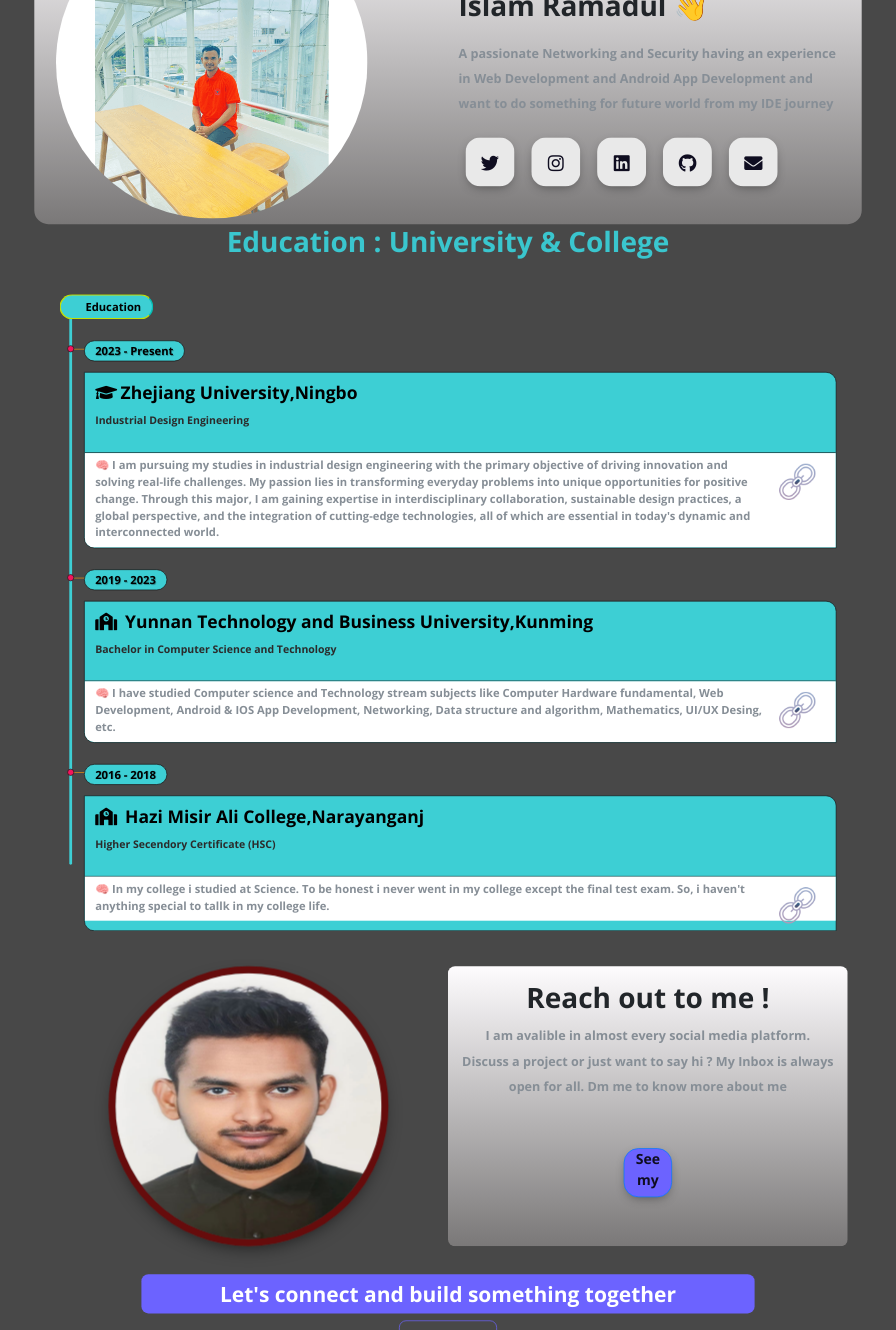
Repository: ramizraaz/ZjuProtfolio
Page: index.html
The author's editor kept a copy of each file at every save. The page is drawn from the files as they stood at one save, then again after the next save.
The browser window is 1280 px wide. The pictures show the part of the page from y = 286 to 2186 px (the page is 2715 px tall), at 70% of full size.
Some icons come from a web library that is not loaded, so they are not drawn. A picture or video elsewhere on the page could not be fetched, so the positions and the page height are approximate. Some web fonts or font styles are not loaded; a fallback is used. Some web libraries are served in a nearby version.

Above is the page before, as saved 2023-10-08 19:43:35.

### index.html
<!DOCTYPE html>
<html lang="en" dir="ltr">

<head>
    <meta charset="utf-8">
    <meta name="viewport" content="width=device-width,initial-scale=1">
    <title>宋伟's Profile | Personal website</title>
    <link rel="icon" href="Image/RR.png">
    <link rel="stylesheet" href="https://stackpath.bootstrapcdn.com/bootstrap/4.5.0/css/bootstrap.min.css" integrity="sha384-9aIt2nRpC12Uk9gS9baDl411NQApFmC26EwAOH8WgZl5MYYxFfc+NcPb1dKGj7Sk" crossorigin="anonymous">
    <link rel="stylesheet" href="style.css">
    <link href="https://fonts.googleapis.com/css2?family=Arizonia&family=Montserrat:wght@400;800&display=swap" rel="stylesheet">
    <link href="https://fonts.googleapis.com/css2?family=Open+Sans:wght@700&display=swap" rel="stylesheet">
    <link rel="stylesheet" href="https://use.fontawesome.com/releases/v5.4.1/css/all.css" />
    <link rel="stylesheet" href="https://cdnjs.cloudflare.com/ajax/libs/font-awesome/5.13.1/css/all.min.css">
    <script src="https://code.jquery.com/jquery-3.5.1.slim.min.js" integrity="sha384-DfXdz2htPH0lsSSs5nCTpuj/zy4C+OGpamoFVy38MVBnE+IbbVYUew+OrCXaRkfj" crossorigin="anonymous"></script>
    <script src="https://cdn.jsdelivr.net/npm/popper.js@1.16.0/dist/umd/popper.min.js" integrity="sha384-Q6E9RHvbIyZFJoft+2mJbHaEWldlvI9IOYy5n3zV9zzTtmI3UksdQRVvoxMfooAo" crossorigin="anonymous"></script>
    <script src="https://stackpath.bootstrapcdn.com/bootstrap/4.5.0/js/bootstrap.min.js" integrity="sha384-OgVRvuATP1z7JjHLkuOU7Xw704+h835Lr+6QL9UvYjZE3Ipu6Tp75j7Bh/kR0JKI" crossorigin="anonymous"></script>
</head>

<body class="container-fluid body_section">
    <header>
        <nav class="navbar navbar-expand-lg navbar-light ">
            <a class="navbar-brand brand-name" href="#">Ramiz Raaz | Solo Rider</a>
            <button class="navbar-toggler" type="button" data-toggle="collapse" data-target="#navbarSupportedContent" aria-controls="navbarSupportedContent" aria-expanded="false" aria-label="Toggle navigation">
                  <span class="navbar-toggler-icon"></span>
                </button>
            <div class="collapse navbar-collapse" id="navbarSupportedContent">
                <ul class="navbar-nav ml-auto">
                    <li class="nav-item">
                        <a class="nav-link headerachor" href="index.html">Home</a>
                    </li>

                    <li class="nav-item">
                        <a class="nav-link headerachor" href="#Education">Education</a>
                    </li>
                    <li class="nav-item">
                        <a class="nav-link headerachor" href="">Skills</a>
                    </li>
                    <li class="nav-item">
                        <a class="nav-link headerachor" href="">Projects</a>
                    </li>
                    <li class="nav-item">
                        <a class="nav-link headerachor" href="">Contact Me</a>
                    </li>
                </ul>
        </nav>
    </header>
    <!-- Intro Section -->
    <section id="Home">
        <div class="row column1">
            <div class="col-lg-6 col-md-6 first-image">
                <img class="boyimage" src="img/me.gif" alt="">
            </div>
            <div class="col-lg-6 section-1">
                <h1 class="Hello">Welcome stranger!&nbsp&nbspI'm Islam Ramadul <span class="wave">👋</span></h1>
                <p>A passionate Networking and Security having an experience in Web Development and Android App Development and want to do something for future world from my IDE journey</p>
                <div class=social_media_icon>
                    <a class="btn" href="https://twitter.com/ramiz_raaz" target=_blank>
                        <i class="fab fa-twitter"></i>
                    </a>
                    <a class="btn" href="https://www.instagram.com/ramiz_raaz/" target=_blank>
                        <i class="fab fa-instagram"></i>
                    </a>
                    <a class="btn" href="https://www.linkedin.com/" target=_blank>
                        <i class="fab fa-linkedin" aria-hidden="true"></i>
                    </a>
                    <a class="btn" href="https://github.com/ramizraaz" target=_blank>
                        <i class="fab fa-github"></i>
                    </a>
                    <a class="btn" href="mailto:romiz.romeo.raaz@gmail.com/" target=_blank>
                        <i class="fa fa-envelope"></i>
                    </a>
                </div>
            </div>
    </section>
    <!-- Education Section -->
    <section id="Education">
        <div class="container">
            <div class="Heading">
                <h1>Education : University & College</h1>
                <br>
            </div>
            <div class="timeline">
                <div class="timeline-month">
                    Education
                </div>
                <div class="timeline-section">
                    <div class="timeline-date">
                        2023 - Present
                    </div>
                    <div class="row">
                        <div class="col-lg">
                            <div class="timeline-box">
                                <div class="box-title">
                                    <i class="fas fa-graduation-cap" aria-hidden="true"></i>Zhejiang University,Ningbo
                                    <p class="degree">Industrial Design Engineering</p>
                                </div>
                                <div class="box-content">
                                    <a class="btn-sm  float-right" role="button" href="https://www.zju.edu.cn/english/" target=_blank><img src="img/BTN.png" alt="visit here"></a>
                                    <div class="box-item">🧠 I am pursuing my studies in industrial design engineering with the primary objective of driving innovation and solving real-life challenges. My passion lies in transforming everyday problems into unique opportunities
                                        for positive change. Through this major, I am gaining expertise in interdisciplinary collaboration, sustainable design practices, a global perspective, and the integration of cutting-edge technologies, all of which
                                        are essential in today's dynamic and interconnected world.</div>
                                </div>
                            </div>
                        </div>
                    </div>
                </div>

                <div class="timeline-section">
                    <div class="timeline-date">
                        2019 - 2023
                    </div>
                    <div class="row">
                        <div class="col-lg">
                            <div class="timeline-box">
                                <div class="box-title">
                                    <i class="fas fa-school" aria-hidden="true"></i> Yunnan Technology and Business University,Kunming
                                    <p class="degree">Bachelor in Computer Science and Technology</p>
                                </div>
                                <div class="box-content">
                                    <a class="btn-sm  float-right" role="button" href="https://www.ytbu.edu.cn/" target=_blank><img src="img/BTN.png" alt="visit here"></a>
                                    <div class="box-item ">🧠 I have studied Computer science and Technology stream subjects like Computer Hardware fundamental, Web Development, Android & IOS App Development, Networking, Data structure and algorithm, Mathematics, UI/UX Desing,
                                        etc.
                                    </div>

                                </div>
                            </div>
                        </div>
                    </div>
                </div>

                <div class="timeline-section ">
                    <div class="timeline-date ">
                        2016 - 2018
                    </div>
                    <div class="row ">
                        <div class="col-lg ">
                            <div class="timeline-box ">
                                <div class="box-title ">
                                    <i class="fas fa-school " aria-hidden="true "></i> Hazi Misir Ali College,Narayanganj
                                    <p class="degree "> Higher Secendory Certificate (HSC)</p>
                                </div>
                                <div class="box-content ">
                                    <a class="btn-sm float-right " role="button" href="http://hmuc.edu.bd/" target=_blank><img src="img/BTN.png" alt="visit here"></a>
                                    <div class="box-item ">🧠 In my college i studied at Science. To be honest i never went in my college except the final test exam. So, i haven't anything special to tallk in my college life.</div>
                                    <div class="box-item "><b>
                                </div>
                            </div>
                        </div>
                    </div>
                </div>
            </div>
        </div>
    </section>
<!-- Contact Section -->
<section id="contact">
    <div class="row first-section">
        <div class="col-lg-6 col-md-6">
            <img class = "Profilepic" src="img/me.jpg" alt="">
        </div>
        <div class="col-lg-6 col-md-6 context">
            <h1>Reach out to me !</h1>
            <p>I am avalible in almost every social media platform.<br>
                Discuss a project or just want to say hi ? My Inbox is always open for all. Dm me to know more about me</p>
            <ul class="ico">
                <li class="icon"><a href="https://github.com/JCjaiRN/" target=_blank><span class="iconify github" data-icon="ant-design:github-filled" data-inline="false"  data-width="50" data-height="50"></span></li></a>
                 <li class="icon"><a href="https://www.instagram.com/j_c_r_n/" target=_blank><span class="iconify instagram" data-icon="entypo-social:instagram-with-circle" data-inline="false" data-width="50" data-height="50"></span></li></a>
                 <li class="icon"><a href="https://www.linkedin.com/in/jayachandran-jc-8064a919b/" target=_blank><span class="iconify linkedin" data-icon="entypo-social:linkedin-with-circle" data-inline="false"  data-width="50" data-height="50"></span></li></a>
                <li class="icon"><a href="mailto:jcrn2k@gmail.com/" target=_blank><span class="iconify google" data-icon="ant-design:google-plus-circle-filled" data-inline="false" data-width="50" data-height="50"></span></li></a>
                </ul>
                <a href="JCRN  Resume.pdf" target=_blank><button type="button" class="btn btn-primary btn-lg Resume">See my Resume</button></a>
         </div>
    </div>
    </section>
<section>
    <div class="second-section">
        <h1 class="connect">Let's connect and build something together</h1>
        <a class="sayhello" href="#contact">Say Hello <span class="wave">👋</span></a>
        <div class="col-lg-6 connect-image">
        <img  class= "connection" src="Image/connection.svg" alt="">
    </div>
    </div>
</section>
    </form>
    <footer class=footer>All the copyrights reserve 2023 Zju,NB | Made by 宋伟</footer>
</body>

</html>

### style.css
body {
    font-family: 'Open Sans', sans-serif;
    margin: 0;
    background: #b1adad;
    animation: pulse 10s infinite;
}

@keyframes pulse {
    0% {
        background: #F2F2F2;
    }
    10% {
        background: #FFFFFF;
    }
    20% {
        background: #d6d6d6e2;
        ;
    }
    30% {
        background: #acacacd8;
    }
    40% {
        background: #6b6b6bcf;
    }
    50% {
        background: #484848;
    }
    60% {
        background: #292929c8;
    }
    70% {
        background: #2f2e2ebc;
    }
    80% {
        background: #242424bb;
    }
    90% {
        background: #1e1e1ef7;
    }
    100% {
        background: #a6a6a6;
    }
}

.body_section {
    padding: 3% 5% 1%;
}

p {
    font-size: 18px;
}

a {
    text-decoration: none;
}

@font-face {
    font-family: "Lovely Home";
    src: local('Lovely Home'), url("Image/LovelyHome-9aBZ.ttf") format('truetype');
}

.brand-name,
.navbar-light .navbar-brand {
    font-family: "Lovely Home";
    font-size: 50px;
    font-weight: bold;
    color: #d72525e4;
    text-shadow: 2px 2px 4px #e71f4a;
}

.headerachor {
    margin: 0 7px 0 7px;
    border-radius: 15px;
    font-size: 25px;
}

.headerachor:hover {
    background-color: #ffffff82;
}


/* Section 1 */

.column1 {
    background-image: linear-gradient(#fefcfe, #7a7878);
    padding: 8px 16px;
    border-radius: 20px;
}

.section-1 {
    margin-top: 6%;
    text-align: left;
    position: relative;
}

span.wave {
    animation-name: wave-animation;
    animation-duration: 2.5s;
    animation-iteration-count: infinite;
    transform-origin: 70% 70%;
    display: inline-block;
}

@keyframes wave-animation {
    0% {
        transform: rotate( 0.0deg)
    }
    10% {
        transform: rotate(-10.0deg)
    }
    20% {
        transform: rotate( 12.0deg)
    }
    30% {
        transform: rotate(-10.0deg)
    }
    40% {
        transform: rotate( 9.0deg)
    }
    50% {
        transform: rotate( 0.0deg)
    }
    100% {
        transform: rotate( 0.0deg)
    }
}

.boyimage {
    height: 445px;
    border-radius: 50%;
}

@media only screen and (max-width: 1183px) {
    .first-image {
        right: 160px;
    }
}

.Image-boy {
    text-align: center;
    align-items: center;
}

@media only screen and (min-width:951px) {
    .Image-boy {
        display: none;
    }
}

.Hello {
    margin-bottom: 20px;
}

p {
    line-height: 2;
    color: #d35d5d;
}

.btn {
    display: inline-block;
    width: 4.37rem;
    height: 4.37rem;
    background: #e9e9e9;
    padding: 0px 0px;
    margin: 10px;
    border-radius: 30%;
    box-shadow: 0 5px 15px -5px #00000070;
    color: #0f0d20;
    overflow: hidden;
    position: relative;
}

.btn i {
    line-height: 70px;
    font-size: 1.625rem;
    transition: 0.2s linear;
}

.btn:hover i {
    transform: scale(1.3);
    color: #f1f1f1;
}

.btn::before {
    content: "";
    position: absolute;
    width: 120%;
    height: 120%;
    background: #f37312;
    transform: rotate(45deg);
    left: -110%;
    top: 90%;
}

.btn:hover::before {
    animation: aaa 0.7s 1;
    top: -10%;
    left: -10%;
}

@media only screen and (max-width:470px) {
    .btn {
        width: 2.5rem;
        height: 2.5rem;
        margin: 7px;
    }
    .btn i {
        line-height: 40px;
        font-size: 1em;
    }
}


/* Education CSS */

.Heading {
    text-align: center;
    color: #3ac6ce;
}

.timeline {
    margin-top: 20px;
    position: relative;
}

.timeline:before {
    position: absolute;
    content: '';
    width: 4px;
    height: calc(100% - 100px);
    background: #3dcfd4;
    left: 14px;
    top: 5px;
    border-radius: 4px;
}

.timeline-month {
    color: black;
    position: relative;
    padding: 4px 15px 4px 35px;
    background-color: #3dcfd4;
    display: inline-block;
    width: auto;
    border-radius: 40px;
    border: 2px solid #c3e006;
    border-right-color: rgb(6, 193, 183);
    margin-bottom: 30px;
}

.timeline-section {
    padding-left: 35px;
    display: block;
    position: relative;
    margin-bottom: 30px;
}

.timeline-date {
    margin-bottom: 15px;
    padding: 2px 15px;
    background: #3dcfd4;
    position: relative;
    display: inline-block;
    border-radius: 20px;
    border: 1px solid #1b1717;
    color: black;
    text-shadow: 1px 1px 1px rgba(0, 0, 0, 0.3);
}

.timeline-section:before {
    content: '';
    position: absolute;
    width: 30px;
    height: 1px;
    background-color: #e89014;
    top: 12px;
    left: 20px;
}

.timeline-section:after {
    content: '';
    position: absolute;
    width: 10px;
    height: 10px;
    background: #f3155b;
    top: 7px;
    left: 11px;
    border: 1px solid #17191B;
    border-radius: 100%;
}

.timeline-box {
    position: relative;
    color: black;
    background-color: #3dcfd4;
    border-radius: 15px;
    border-top-left-radius: 0px;
    border-bottom-right-radius: 0px;
    border: 1px solid #17191B;
    transition: all 0.3s ease;
    overflow: hidden;
}

.box-icon {
    position: absolute;
    right: 5px;
    top: 0px;
}

.box-title {
    padding: 10px 15px;
    font-size: 25px;
    border-bottom: 1px solid #17191B;
}

.degree {
    font-size: 15px;
    color: #2b2b2b;
}

.box-title i {
    margin-right: 5px;
}

.box-content {
    padding: 5px 15px;
    background-color: white;
}

.box-item {
    margin-bottom: 5px;
    color: #868e96;
    font-weight: 400;
}

.certificate {
    padding-top: 20px;
}

.certificate-text {
    text-align: center;
}

.box-shadow {
    box-shadow: 5px 5px 5px #d9dbdf;
}


/* Contact style */

#contact {
    padding: 20px 20px 10px;
}

.first-section {
    text-align: center;
}

.Profilepic {
    border-radius: 100%;
    width: 400px;
    height: 400px;
    border: 10px solid;
    border-color: #660c0c;
    box-shadow: 0 10px 30px -15px rgba(0, 0, 0, 0.897);
    ;
}

.context {
    border-radius: 10px;
    background-image: linear-gradient(#fefcfe, #7a7878);
    text-align: center;
    padding-top: 20px;
}

h1 {
    font-weight: bold;
}

p {
    padding-top: 5px;
    padding-bottom: 5px;
    color: #868e96;
}

.ico {
    padding: 0;
}

.icon {
    text-decoration: none;
    list-style: none;
    margin: 0 7px 0;
    display: inline;
}

.github {
    color: gray;
}

.instagram {
    color: #fb3958;
}

.linkedin {
    color: #0e76a8;
}

.google {
    color: #ea4335;
}

.github:hover,
.instagram:hover,
.google:hover,
.linkedin:hover {
    color: black;
}

.Resume {
    background-color: #6c63ff;
}

.Resume:hover {
    color: black;
    background-color: white;
}

.second-section {
    text-align: center;
}

.connect {
    font-weight: normal;
    margin-top: 30px;
    margin-bottom: 20px;
    font-size: 30px;
    color: white;
    background-color: #6c63ff;
    padding: 10px 30px 10px;
    margin-left: 12%;
    margin-right: 12%;
    border-radius: 10px;
}

.connection {
    margin-top: 30px;
    margin-left: 290px;
    width: 100%;
    height: 100%;
    margin-bottom: 10px;
}

.sayhello {
    margin-top: 15px;
    border: 1px solid #6c63ff;
    border-radius: 10px;
    padding: 10px 20px 10px;
}

.sayhello:hover {
    text-align: none;
    text-decoration: none;
    color: white;
    background-color: #6c63ff;
}

span.wave {
    animation-name: wave-animation;
    animation-duration: 2.5s;
    animation-iteration-count: infinite;
    transform-origin: 70% 70%;
    display: inline-block;
}

@keyframes wave-animation {
    0% {
        transform: rotate( 0.0deg)
    }
    10% {
        transform: rotate(-10.0deg)
    }
    20% {
        transform: rotate( 12.0deg)
    }
    30% {
        transform: rotate(-10.0deg)
    }
    40% {
        transform: rotate( 9.0deg)
    }
    50% {
        transform: rotate( 0.0deg)
    }
    100% {
        transform: rotate( 0.0deg)
    }
}

@media only screen and (max-width: 950px) {
    body,
    html {
        text-align: center;
        font-size: 16px;
        line-height: normal;
    }
    h1 {
        font-size: 30px;
    }
    .connect {
        font-size: 20px;
    }
    .connection {
        margin-left: 0px;
    }
}

footer {
    padding-top: 2%;
    color: #000000;
    text-align: center;
}

After the next save:
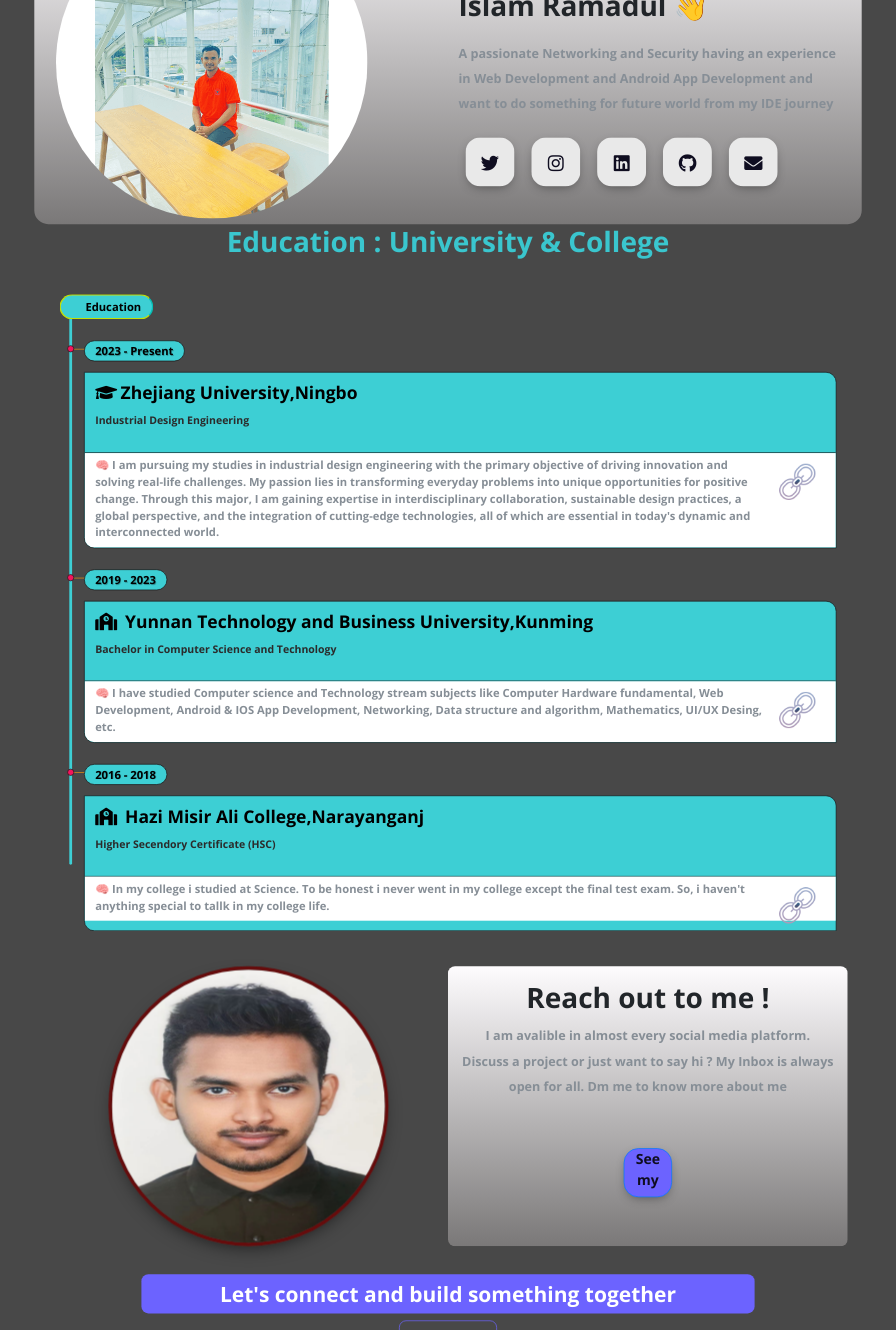
Saved 15 s later.
--- a/style.css
+++ b/style.css
@@ -359,7 +359,7 @@ p {
     border-radius: 100%;
     width: 400px;
     height: 400px;
-    border: 10px solid;
+    border: 5px solid;
     border-color: #660c0c;
     box-shadow: 0 10px 30px -15px rgba(0, 0, 0, 0.897);
     ;
